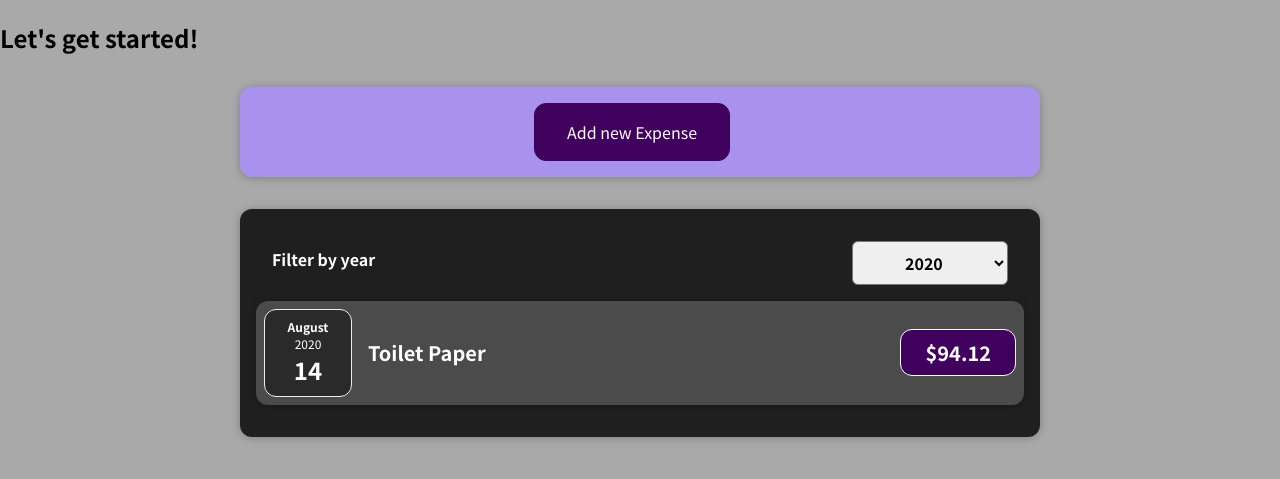
Repository: otvertka/MSC
Page: /
An editor plug-in stored every save of this project. The page is shown before and after the next save, followed by the edit.
The browser window is 1280 px wide. The pictures show the whole page.
The project was rebuilt for these pictures with package versions that can differ from the ones it lists, and the page was loaded fresh each time. Also part of the build but not shown: src/components/NewExpense/ExpenseForm.css, src/components/NewExpense/ExpenseForm.js.

Above is the page before, as saved 2023-07-01 11:23:17.

After the next save:
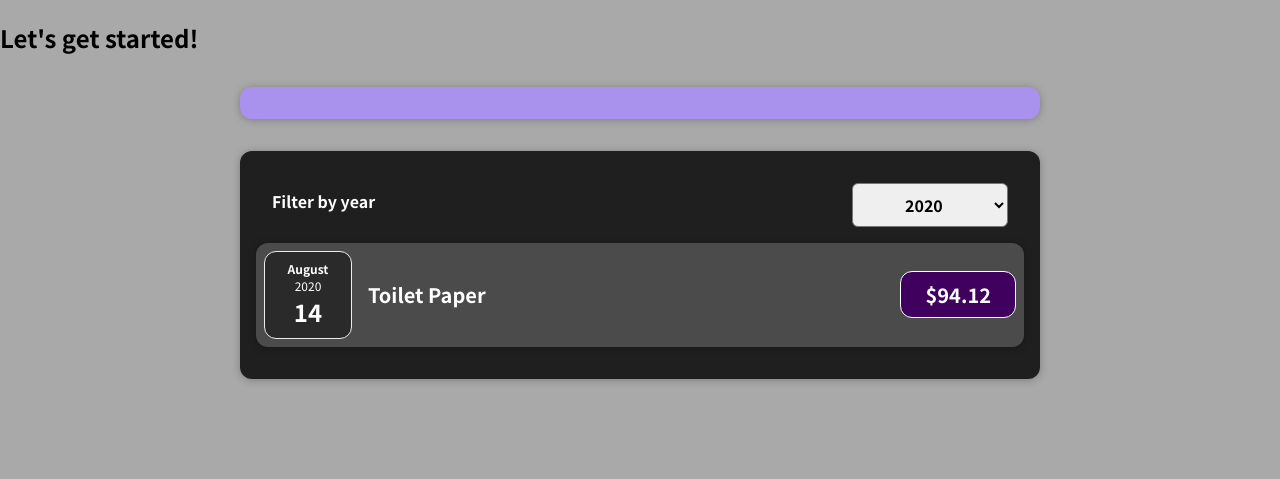
Saved 14 s later.
--- a/src/components/NewExpense/NewExpense.css
+++ b/src/components/NewExpense/NewExpense.css
@@ -37,6 +37,6 @@
   background-color: #ddb3f8;
 }
 
-.vision button {
+.vision {
   display: none;
 }

After the save that followed:
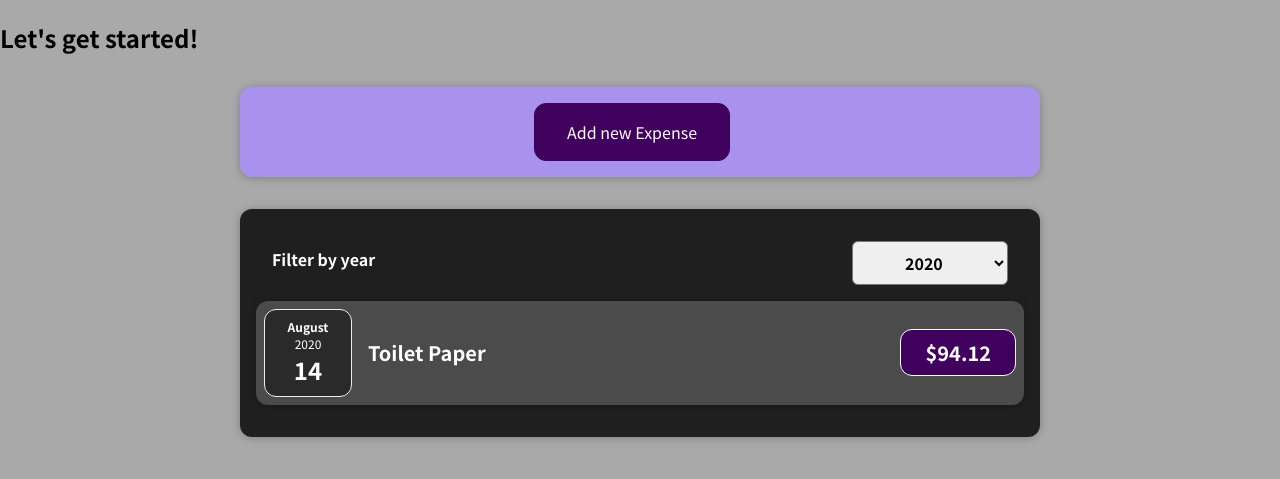
Saved 99 s later.
--- a/src/components/NewExpense/NewExpense.js
+++ b/src/components/NewExpense/NewExpense.js
@@ -5,8 +5,9 @@ import "./NewExpense.css";
 const NewExpense = (props) => {
   const [isVisible, setIsVisible] = useState(false);
 
-  const toggleVisibility = () => {
+  const toggleVisibility = (event) => {
     setIsVisible(!isVisible);
+    event.target.className = "hide";
   };
 
   // if (isVisible === false) {
@@ -27,7 +28,7 @@ const NewExpense = (props) => {
 
   return (
     <div className="new-expense">
-      <button className="vision" onClick={toggleVisibility}>
+      <button className="" onClick={toggleVisibility}>
         Add new Expense
       </button>
       {isVisible && <ExpenseForm onSaveExpenseData={saveExpenseDataHandler} />}
